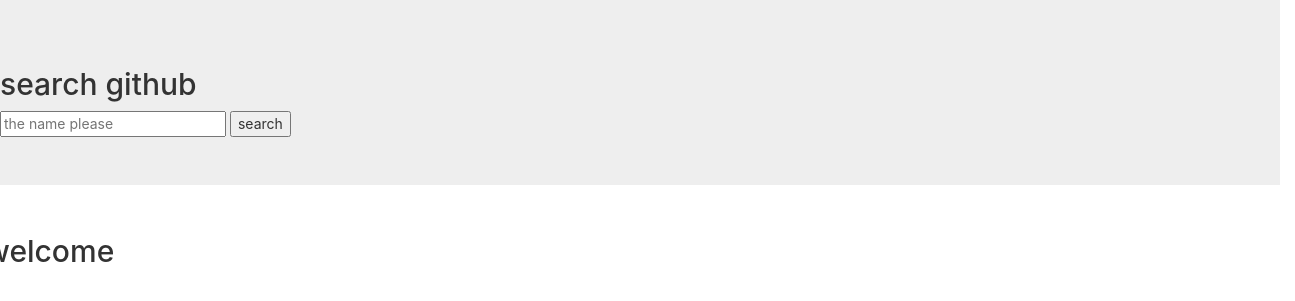
Repository: Shanshan67/React_a
Page: /
An editor plug-in stored every save of this project. The page is shown before and after the next save, followed by the edit.
The browser window is 1280 px wide. The page is 1295 px wide, so the pictures cover 1295 px, including what lies to the right of the window. The pictures show the whole page.
The project was rebuilt for these pictures with package versions that can differ from the ones it lists, and the page was loaded fresh each time.

Above is the page before, as saved 2022-12-10 01:53:13.

### public/index.html
<!DOCTYPE html>
<html lang="en">
  <head>
    <meta charset="utf-8" />
    <link rel="icon" href="%PUBLIC_URL%/favicon.ico" />
    <meta name="viewport" content="width=device-width, initial-scale=1" />
    <meta name="theme-color" content="#000000" />
    <meta
      name="description"
      content="Web site created using create-react-app"
    />
    <link rel="apple-touch-icon" href="%PUBLIC_URL%/logo192.png" />
    <!--
      manifest.json provides metadata used when your web app is installed on a
      user's mobile device or desktop. See https://developers.google.com/web/fundamentals/web-app-manifest/
    -->
    <link rel="manifest" href="%PUBLIC_URL%/manifest.json" />
    <link rel="stylesheet" href="/css/bootstrap.css" />
    <!--
      Notice the use of %PUBLIC_URL% in the tags above.
      It will be replaced with the URL of the `public` folder during the build.
      Only files inside the `public` folder can be referenced from the HTML.

      Unlike "/favicon.ico" or "favicon.ico", "%PUBLIC_URL%/favicon.ico" will
      work correctly both with client-side routing and a non-root public URL.
      Learn how to configure a non-root public URL by running `npm run build`.
    -->
    <title>React App</title>
  </head>
  <body>
    <noscript>You need to enable JavaScript to run this app.</noscript>
    <div id="root"></div>
    <!--
      This HTML file is a template.
      If you open it directly in the browser, you will see an empty page.

      You can add webfonts, meta tags, or analytics to this file.
      The build step will place the bundled scripts into the <body> tag.

      To begin the development, run `npm start` or `yarn start`.
      To create a production bundle, use `npm run build` or `yarn build`.
    -->
  </body>
</html>

### src/index.js
import React from 'react';
import ReactDOM from 'react-dom/client';

import './index.css';
import App from './App';

import reportWebVitals from './reportWebVitals';

const root = ReactDOM.createRoot(document.getElementById('root'));
root.render(

    <App/>

);

// If you want to start measuring performance in your app, pass a function
// to log results (for example: reportWebVitals(console.log))
// or send to an analytics endpoint. Learn more: https://bit.ly/CRA-vitals
reportWebVitals();

### src/App.jsx
import React, { Component } from 'react'
import List from './components/List'
import Search from './components/Search'
import './App.css'

export default class App extends Component {
  state={
    users:[],
    isFirst:true,
    isLoading:false,
    err:''
  }

  findUsers = (stateObj) => {
    this.setState(stateObj)
  }

  render() {
    return (
      <div>
        <Search findUsers={this.findUsers} />
        <List {...this.state} />
      </div>
    )
  }
}

### src/components/List/index.jsx
import React, { Component } from 'react'

export default class List extends Component {
  render() {
    const {users,isFirst, isLoading,err} = this.props
    return (
      <div className="row">
        {
            isFirst ? <h2>welcome</h2> :
            isLoading ? <h2>loading...</h2> :
            err ? <h2 style={{color:'red'}}>{err}</h2> :
            users.map((u) => {
                return (
                    <div key={u.id} className="card">
                        <a rel="noreferrer" href={u.html_url} target='_blank'>
                            <img alt='head_portait' src={u.avatar_url} style={{width: '100px'}}/>
                        </a>
                        <p className="card-text">{u.login}</p>
                    </div>
                )
            })
        }
      </div>
    )
  }
}

### src/components/Search/index.jsx
import React, { Component } from 'react'

export default class Search extends Component {
  search = async() => {
    const {value} = this.keyWord
    this.props.findUsers({isFirst:false, isLoading:true})
    try{
      const response = await fetch(`https://api.github.com/search/users?q=${value}`)
      const data = response.json()
      this.props.findUsers({isLoading:false,users:data.items})
    }catch(error){
      this.props.findUsers({isLoading:false,err:error.message})
    }
  }
  render() {
    return (
      <section className="jumbotron">
        <h2>search github</h2>
        <div>
          <input ref={c=>this.keyWord=c} type="text" placeholder='the name please' />&nbsp;
          <button onClick={this.search}>search</button>
        </div>
      </section>
    )
  }
}

### src/App.css
.album {
  min-height: 50rem; /* Can be removed; just added for demo purposes */
  padding-top: 3rem;
  padding-bottom: 3rem;
  background-color: #f7f7f7;
}

.card {
  float: left;
  width: 33.333%;
  padding: .75rem;
  margin-bottom: 2rem;
  border: 1px solid #efefef;
  text-align: center;
}

.card > img {
  margin-bottom: .75rem;
  border-radius: 100px;
}

.card-text {
  font-size: 85%;
}

/*base*/
body {
  background: #fff;
}

.btn {
  display: inline-block;
  padding: 4px 12px;
  margin-bottom: 0;
  font-size: 14px;
  line-height: 20px;
  text-align: center;
  vertical-align: middle;
  cursor: pointer;
  box-shadow: inset 0 1px 0 rgba(255, 255, 255, 0.2), 0 1px 2px rgba(0, 0, 0, 0.05);
  border-radius: 4px;
}

.btn-danger {
  color: #fff;
  background-color: #da4f49;
  border: 1px solid #bd362f;
}

.btn-danger:hover {
  color: #fff;
  background-color: #bd362f;
}

.btn:focus {
  outline: none;
}

.todo-container {
  width: 600px;
  margin: 0 auto;
}
.todo-container .todo-wrap {
  padding: 10px;
  border: 1px solid #ddd;
  border-radius: 5px;
}

/*header*/
.todo-header input {
  width: 560px;
  height: 28px;
  font-size: 14px;
  border: 1px solid #ccc;
  border-radius: 4px;
  padding: 4px 7px;
}

.todo-header input:focus {
  outline: none;
  border-color: rgba(82, 168, 236, 0.8);
  box-shadow: inset 0 1px 1px rgba(0, 0, 0, 0.075), 0 0 8px rgba(82, 168, 236, 0.6);
}

/*main*/
.todo-main {
  margin-left: 0px;
  border: 1px solid #ddd;
  border-radius: 2px;
  padding: 0px;
}

.todo-empty {
  height: 40px;
  line-height: 40px;
  border: 1px solid #ddd;
  border-radius: 2px;
  padding-left: 5px;
  margin-top: 10px;
}
/*item*/
li {
  list-style: none;
  height: 36px;
  line-height: 36px;
  padding: 0 5px;
  border-bottom: 1px solid #ddd;
}

li label {
  float: left;
  cursor: pointer;
}

li label li input {
  vertical-align: middle;
  margin-right: 6px;
  position: relative;
  top: -1px;
}

li button {
  float: right;
  display: none;
  margin-top: 3px;
}

li:before {
  content: initial;
}

li:last-child {
  border-bottom: none;
}

/*footer*/
.todo-footer {
  height: 40px;
  line-height: 40px;
  padding-left: 6px;
  margin-top: 5px;
}

.todo-footer label {
  display: inline-block;
  margin-right: 20px;
  cursor: pointer;
}

.todo-footer label input {
  position: relative;
  top: -1px;
  vertical-align: middle;
  margin-right: 5px;
}

.todo-footer button {
  float: right;
  margin-top: 5px;
}

Loaded but not shown: src/index.css (common file); src/reportWebVitals.js (common file); public/css/bootstrap.css (library)

After the next save:
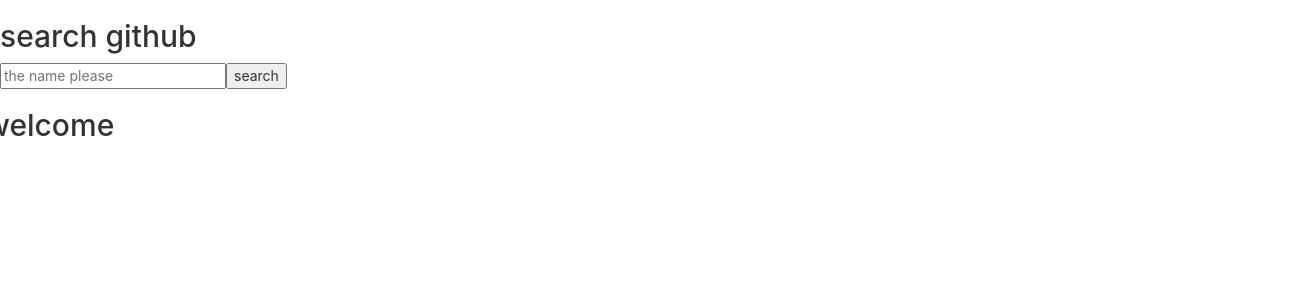
Saved 20 s later.
--- a/src/components/Search/index.jsx
+++ b/src/components/Search/index.jsx
@@ -14,13 +14,13 @@
   }
   render() {
     return (
-      <section className="jumbotron">
+      <div>
         <h2>search github</h2>
         <div>
-          <input ref={c=>this.keyWord=c} type="text" placeholder='the name please' />&nbsp;
+          <input ref={c=>this.keyWord=c} type="text" placeholder='the name please' />
           <button onClick={this.search}>search</button>
         </div>
-      </section>
+      </div>
     )
   }
 }
